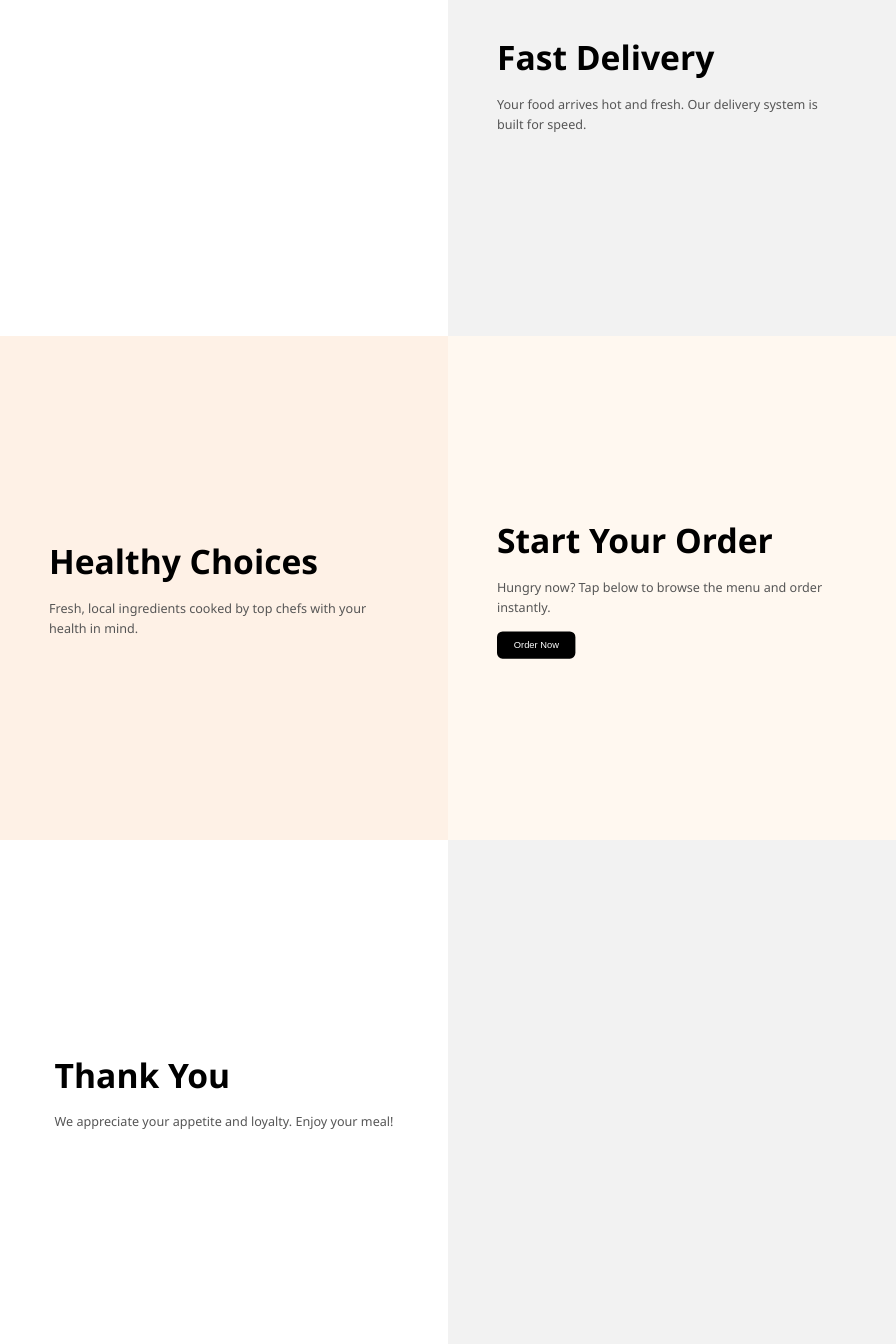
Repository: Rupeswarbhainsa777/Food-Web-App
Page: TapFoodApp/src/main/webapp/landing.html
These files come from the project's save history. The page is drawn as it stood at one moment and after the next save; the edit follows.
The browser window is 1280 px wide. The pictures show the part of the page from y = 960 to 2880 px (the page is 2880 px tall), at 70% of full size.

Above is the page before, as saved 2025-05-01 18:51:02.

After the next save:
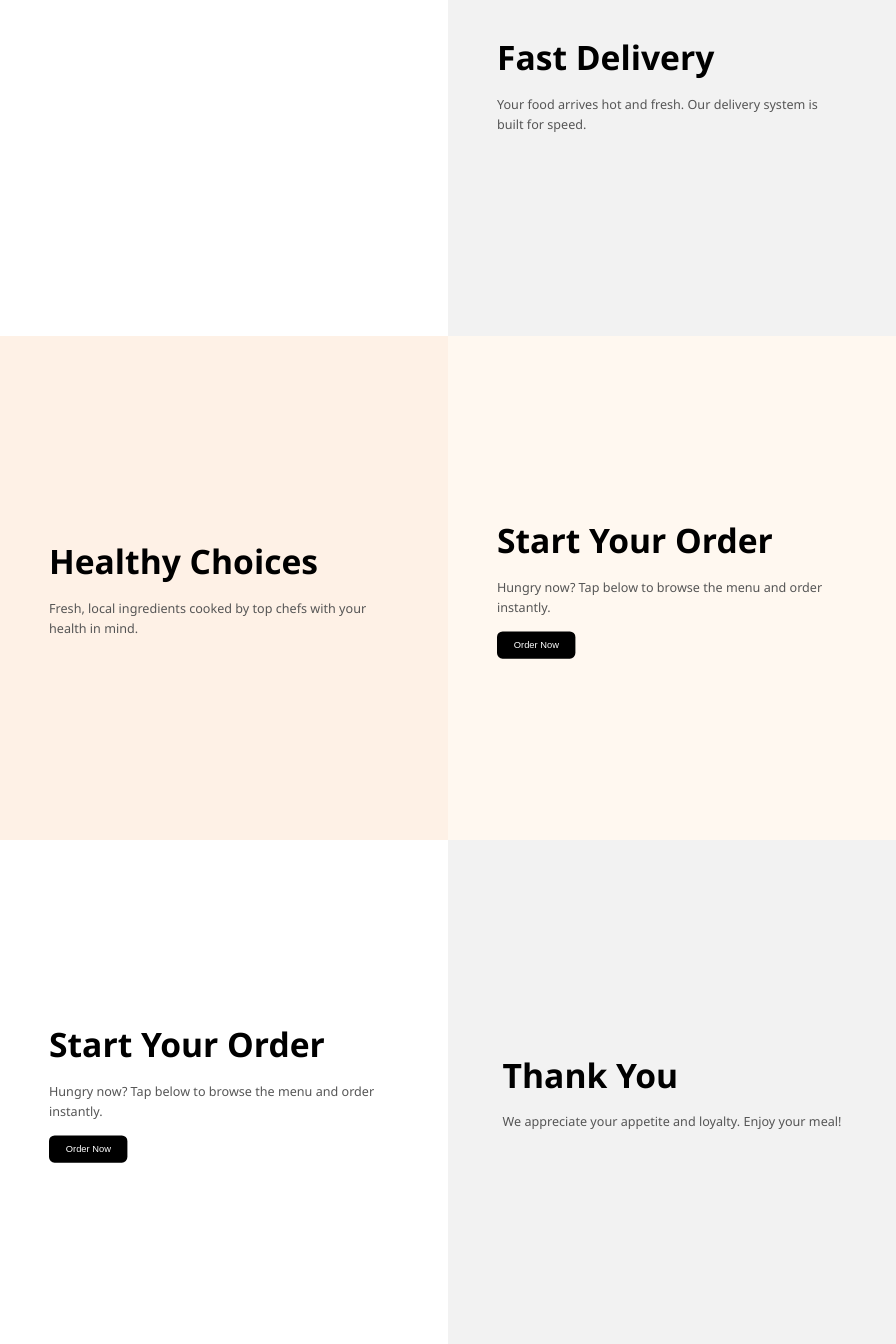
Saved 2 min 25 s later.
--- a/TapFoodApp/src/main/webapp/landing.html
+++ b/TapFoodApp/src/main/webapp/landing.html
@@ -163,14 +163,16 @@
   <section class="section">
     <div class="left">
       <div class="content">
-      <h1>Thank You</h1>
+         <h1>Start Your Order</h1>
+        <p>Hungry now? Tap below to browse the menu and order instantly.</p>
+        <button onclick="location.href='ResturantServlet'">Order Now</button>
+      </div>
+    </div>
+    <div class="right">
+      <div class="content">
+         <h1>Thank You</h1>
         <p>We appreciate your appetite and loyalty. Enjoy your meal!</p>
       </div>
-    </div>
-    <div class="right">
-      <div class="content">
-         <h1></h1>
-        <p></p>
       </div>
       </div>
 
